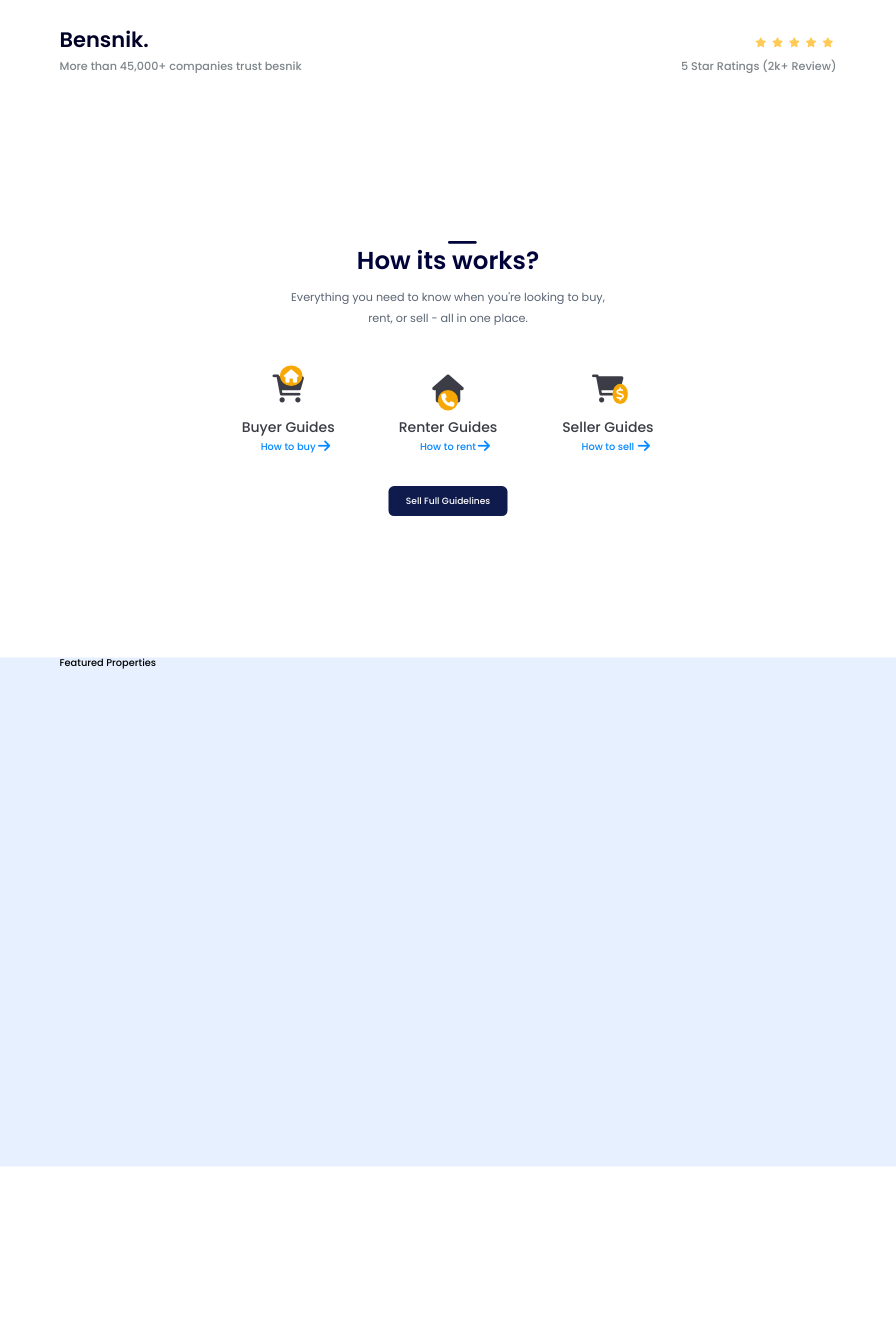
Repository: kauittt/f8-htmlcss-01
Page: index.html
These files come from the project's save history. The page is drawn as it stood at one moment and after the next save; the edit follows.
The browser window is 1280 px wide. The pictures show the part of the page from y = 816 to 2736 px (the page is 2911 px tall), at 70% of full size.

Above is the page before, as saved 2023-01-01 10:13:48.

After the next save:
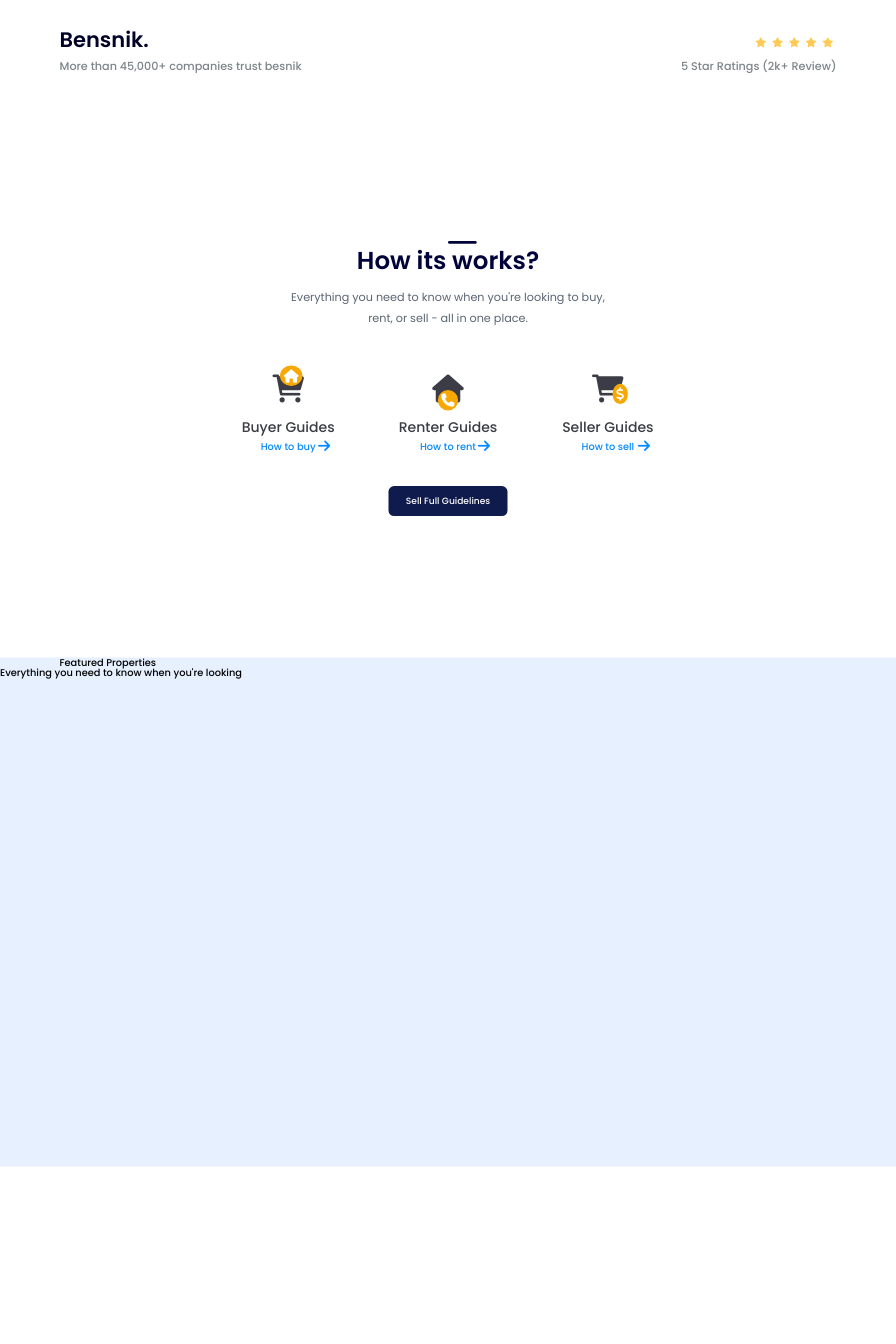
Saved 2 min 18 s later.
--- a/index.html
+++ b/index.html
@@ -143,6 +143,20 @@
             <div class="content">
                 <h2 class="feature__heading">Featured Properties</h2>
             </div>
+
+            <div class="feature-more">
+                <p class="feature-more__infor">
+                    Everything you need to know when you're looking
+                </p>
+
+                <a href="#!View All Properties" class="feature-more__link"></a>
+            </div>
+
+            <div class="feature-wrap">
+                <div class="feature-wrap__item">
+
+                </div>
+            </div>
         </div>
 
         <div id="news">
